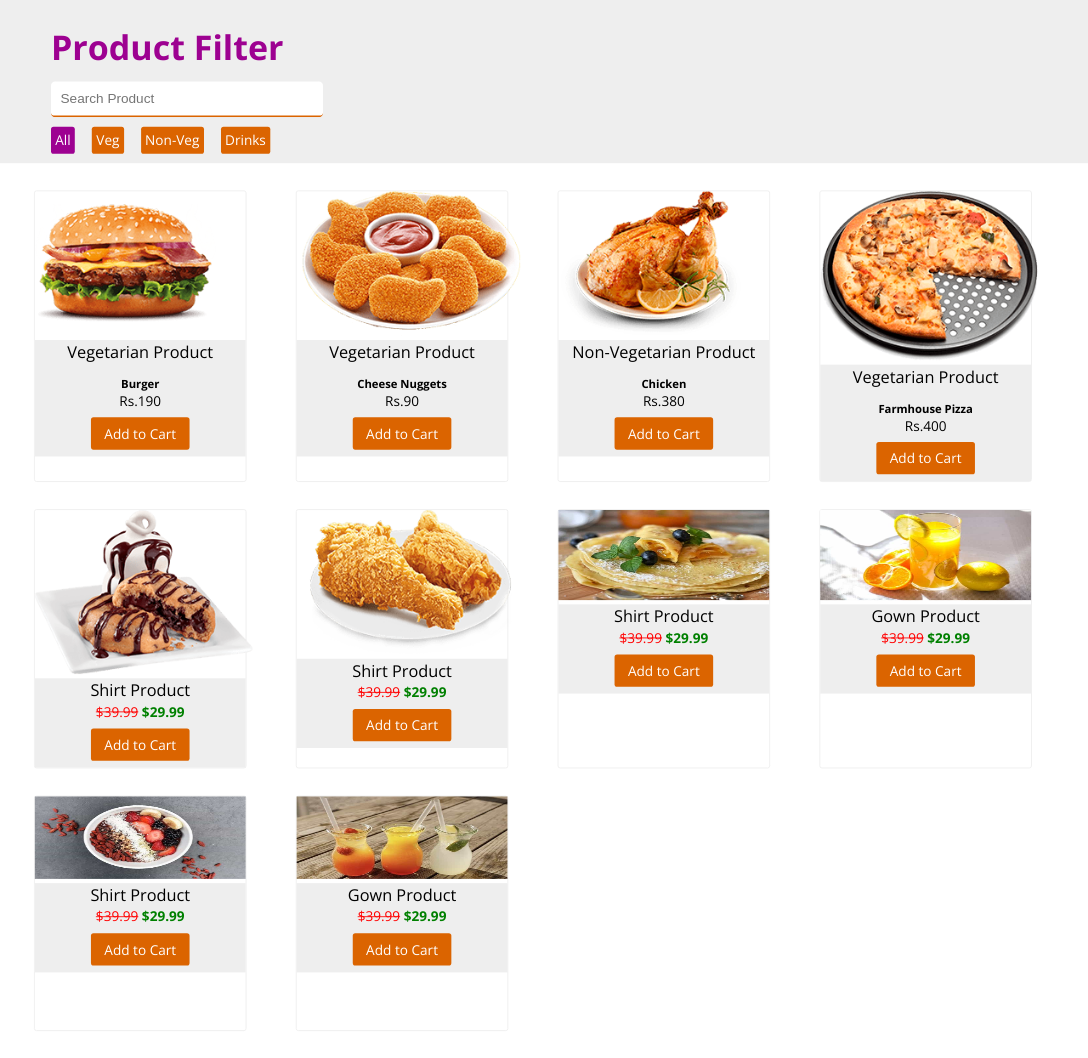
Repository: Shreya200012/FoodBox
Page: foodWeb/src/main/webapp/filter.html
An editor plug-in stored every save of this project. The page is shown before and after the next save, followed by the edit.
The browser window is 1280 px wide. The pictures show the whole page, at 85% of full size.
Some web libraries are served in a nearby version.

Above is the page before, as saved 2022-06-14 07:44:34.

### foodWeb/src/main/webapp/filter.html
<!DOCTYPE html>
<html lang="en">
<head>
    <meta charset="UTF-8">
    <meta name="viewport" content="width=device-width, initial-scale=1.0">
    <title>Document</title>
    <script src="https://kit.fontawesome.com/1935d064dd.js" crossorigin="anonymous"></script>
    <link rel="stylesheet" href="css/style2.css">
</head>
<body>
    <header>
        <div class="container">
            <h1>Product Filter</h1>
            <!-- Search box -->
            <div class="search-box">
                <form action="" onsubmit="return false">
                    <input type="text" id="search" placeholder="Search Product">
                    <!-- <button id="btn-search">Search</button> -->
                </form>
            </div>
            <div class="filter-box">
                <a href="#" class="btn active" data-filter="all">All</a>
                <a href="#" class="btn" data-filter="watch">Veg</a>
                <a href="#" class="btn" data-filter="shirt">Non-Veg</a>
                 <a href="#" class="btn" data-filter="gown">Drinks</a>
                <!-- <a href="#" class="btn" data-filter="gown">Gown</a>
                <a href="#" class="btn" data-filter="jewelry">Jewelry</a>-->
            </div>
        </div>
    </header>

    <main>
        <div class="slide-container">
        <section class="container" id="store-products">

        <div class="store-product watch">
            <img src="images/dish-1.png" alt="">
            <div class="product-details">
                <h2>Vegetarian Product</h2>
                <p><h5>Burger</h5> Rs.190</p>
                <a href="#">Add to Cart</a>
            </div>
        </div>
        <div class="store-product watch">
            <img src="images/dish-2.png" alt="">
            <div class="product-details">
                <h2>Vegetarian Product</h2>
                <p> <h5>Cheese Nuggets</h5> Rs.90</p>
                <a href="#">Add to Cart</a>
            </div>
        </div>
        <div class="store-product shirt">
            <img src="images/dish-3.png" alt="">
            <div class="product-details">
                <h2>Non-Vegetarian Product</h2>
                <p> <h5>Chicken</h5>Rs.380</p>
                <a href="#">Add to Cart</a>
            </div>
        </div>
        <div class="store-product watch">
            <img src="images/dish-4.png" alt="">
            <div class="product-details">
                <h2>Vegetarian Product</h2>
                <p> <h5>Farmhouse Pizza</h5>Rs.400</p>
                <a href="#">Add to Cart</a>
            </div>
        </div>
        <div class="store-product shirt">
            <img src="images/dish-5.png" alt="">
            <div class="product-details">
                <h2>Shirt Product</h2>
                <p> <span>$39.99</span> $29.99</p>
                <a href="#">Add to Cart</a>
            </div>
        </div>
        <div class="store-product shirt">
            <img src="images/dish-6.png" alt="">
            <div class="product-details">
                <h2>Shirt Product</h2>
                <p> <span>$39.99</span> $29.99</p>
                <a href="#">Add to Cart</a>
            </div>
        </div>

        <div class="store-product shirt">
            <img src="images/menu-3.jpg" height="35%" width="100%" alt="">
            <div class="product-details">
                <h2>Shirt Product</h2>
                <p> <span>$39.99</span> $29.99</p>
                <a href="#">Add to Cart</a>
            </div>
        </div>
        <div class="store-product gown">
            <img src="images/menu-9.jpg" height="35%" width="100%"  alt="">
            <div class="product-details">
                <h2>Gown Product</h2>
                <p> <span>$39.99</span> $29.99</p>
                <a href="#">Add to Cart</a>
            </div>
        </div>
        <div class="store-product shirt">
            <img src="images/menu-8.jpg" height="35%" width="100%"  alt="">
            <div class="product-details">
                <h2>Shirt Product</h2>
                <p> <span>$39.99</span> $29.99</p>
                <a href="#">Add to Cart</a>
            </div>
        </div>
        <div class="store-product gown">
            <img src="images/menu-7.jpg" height="35%" width="100%"  alt="">
            <div class="product-details">
                <h2>Gown Product</h2>
                <p> <span>$39.99</span> $29.99</p>
                <a href="#">Add to Cart</a>
            </div>
        </div>


    </section>
</div>
</main>


    <script src="js/script2.js"></script>
</body>
</html>

### foodWeb/src/main/webapp/css/style2.css
@charset "ISO-8859-1";
@import url('https://fonts.googleapis.com/css2?family=Open+Sans:wght@300;400;600;700&display=swap');


:root {
    --white: #fff;
    --black: #1c2b2d;
    --blue: #31326f;
    --color-primary: #9d0191;
    --color-sec: #db6400;
    --color-grey: #eee;
    --color-dark-grey: #222831;
}

* {
    margin: 0;
    padding: 0;
    box-sizing: border-box;
}

body {
    font-family: 'Open Sans', sans-serif;
}

/* UTILITY */
.p-small {
    padding-bottom: 5px;
}
.p-medium {
    padding-bottom: 10px;
}
.p-y {
    padding: 10px 0;
}
.m-y {
    margin: 10px 0;
}

p {
    font-size: 1.6rem;
    line-height: 1.5;
}

img {
    /* width: 100%; */
}

.container {
    max-width: 1200px;
    margin: 0 auto;
    padding: 0 20px;
}

header {
    background-color: #eee;
    padding: 1rem;
}
header h1 {
    font-size: 2.5rem;
    line-height: 2;
    color: var(--color-primary);
}

form input {
    width: 20rem;
    padding: .7rem;
    border: none;
    border-radius: 5px;
    outline: none;
    font-size: 1rem;
    border-bottom: 2px solid var(--color-sec);
    margin-bottom: 1rem;
}

 .btn {
    font-size: 1rem;
    text-decoration: none;
    color: #fff;
    margin-right: 1rem;
    background-color: var(--color-sec);
    padding: 5px;
    border-radius: 3px;
}

.active {
    background-color: var(--color-primary);
}

#store-products {
    display: grid;
    grid-template-columns: repeat(auto-fit, minmax(15rem, 1fr));
    column-gap: 2rem;
    row-gap: 2rem;
    padding: 2rem 0;
}

.store-product {
    border: 1px solid #eee;
    border-radius: 3px;
    max-width: 250px;
}

.product-details {
    text-align: center;
    padding-bottom: 1rem;
    background-color: #eee;
}

.product-details h2 {
    font-size: 1.2rem;
    font-weight: 500;
}

.product-details p {
    font-size: 1rem;
    padding-bottom: 1rem;
    color: green;
    font-weight: 700;
}

.product-details p span {
    text-decoration: line-through;
    color: red;
    font-weight: normal;
}

.product-details a {
    font-size: 1rem;
    text-decoration: none;
    background-color: var(--color-sec);
    color: #fff;
    padding: .5rem 1rem;
    border-radius: 3px;
}

.product-details a:hover {
    background-color: var(--color-primary);
}

### foodWeb/src/main/webapp/js/script2.js
/**
 *
 */
 const btns = document.querySelectorAll('.btn');
const storeProducts = document.querySelectorAll('.store-product');
// const search = document.getElementById(search);

for (i = 0; i < btns.length; i++) {

    btns[i].addEventListener('click', (e) => {
        e.preventDefault()

        const filter = e.target.dataset.filter;
        console.log(filter);

        storeProducts.forEach((product)=> {
            if (filter === 'all'){
                product.style.display = 'block'
            } else {
                if (product.classList.contains(filter)){
                    product.style.display = 'block'
                } else {
                    product.style.display = 'none'
                }
            }
        });
    });
};

// SEARCH FILTER
const search = document.getElementById("search");
const productName = document.querySelectorAll(".product-details h2");

// A BETTER WAY TO FILTER THROUGH THE PRODUCTS
search.addEventListener("keyup", filterProducts);


function filterProducts(e) {
    const text = e.target.value.toLowerCase();
    // console.log(productName[0]);
    productName.forEach(function(product) {
        const item = product.firstChild.textContent;
        if (item.toLowerCase().indexOf(text) != -1) {
            product.parentElement.parentElement.style.display = "block"
        } else {
            product.parentElement.parentElement.style.display = "none"
        }
    })
}



// This code has been replaced by the function(filterProducts) above which does a better job

// search.addEventListener("keyup", (e) => {
//     e.preventDefault();
//     const searchValue = search.value.toLowerCase().trim();
//     // alert(search.value);


//     for (i = 0; i < storeProducts.length; i++) {
//         if (storeProducts[i].classList.contains(searchValue)) {
//             storeProducts[i].style.display = 'block';
//         } else if (searchValue == "") {
//             storeProducts[i].style.display = 'block';
//         } else {
//             storeProducts[i].style.display = 'none';
//         }

//     //    if (searchValue == "") {
//     //     storeProducts[i].style.display = 'block';
//     //    }

//     }

// })

After the next save:
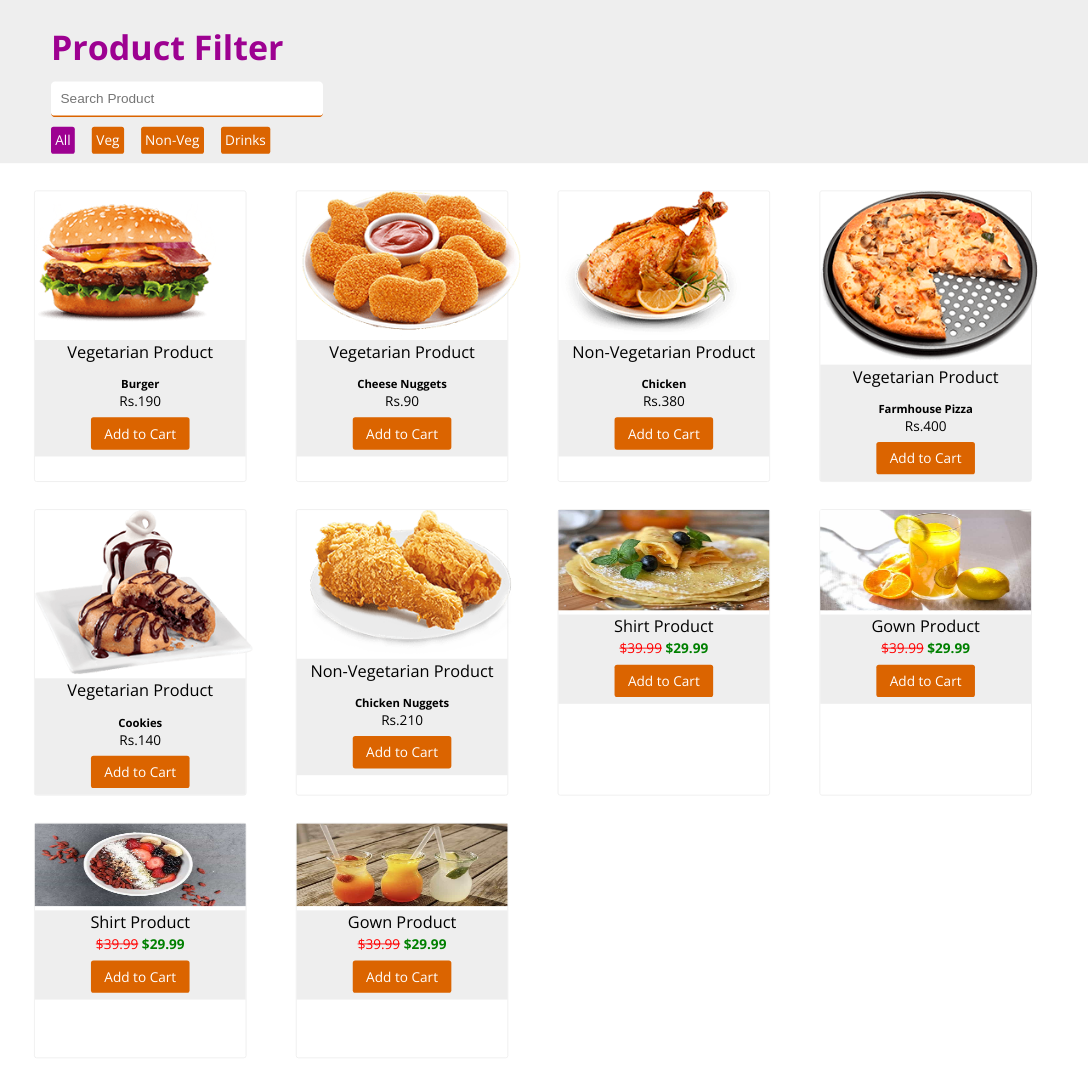
Saved 82 s later.
--- a/foodWeb/src/main/webapp/filter.html
+++ b/foodWeb/src/main/webapp/filter.html
@@ -65,19 +65,19 @@
                 <a href="#">Add to Cart</a>
             </div>
         </div>
-        <div class="store-product shirt">
+        <div class="store-product watch">
             <img src="images/dish-5.png" alt="">
             <div class="product-details">
-                <h2>Shirt Product</h2>
-                <p> <span>$39.99</span> $29.99</p>
+                <h2>Vegetarian Product</h2>
+                <p> <h5>Cookies</h5> Rs.140</p>
                 <a href="#">Add to Cart</a>
             </div>
         </div>
         <div class="store-product shirt">
             <img src="images/dish-6.png" alt="">
             <div class="product-details">
-                <h2>Shirt Product</h2>
-                <p> <span>$39.99</span> $29.99</p>
+                <h2>Non-Vegetarian Product</h2>
+                <p> <h5>Chicken Nuggets</h5>Rs.210</p>
                 <a href="#">Add to Cart</a>
             </div>
         </div>
